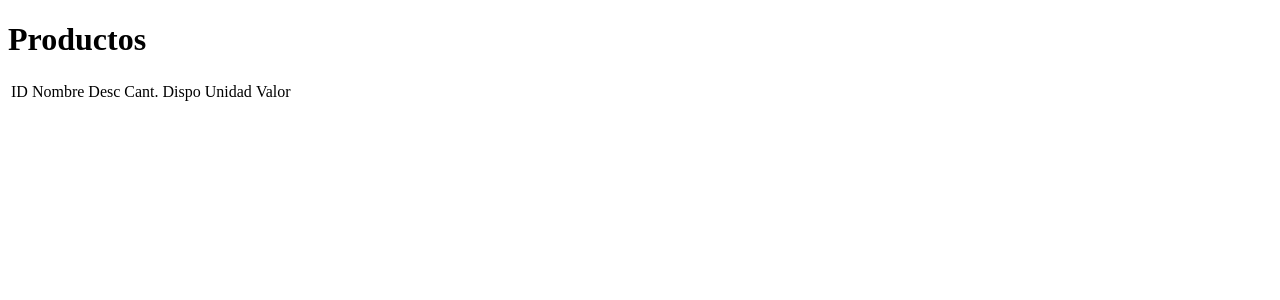
Repository: Feliphegomez/HS_Todo1
Page: http://localhost/HulkStore/_index.jsp
The author's editor kept a copy of each file at every save. The page is drawn from the files as they stood at one save, then again after the next save.
The browser window is 1280 px wide. The pictures show the whole page.
The page is served by Tomcat 9.

Above is the page before, as saved 2020-03-26 13:25:59.

After the next save:
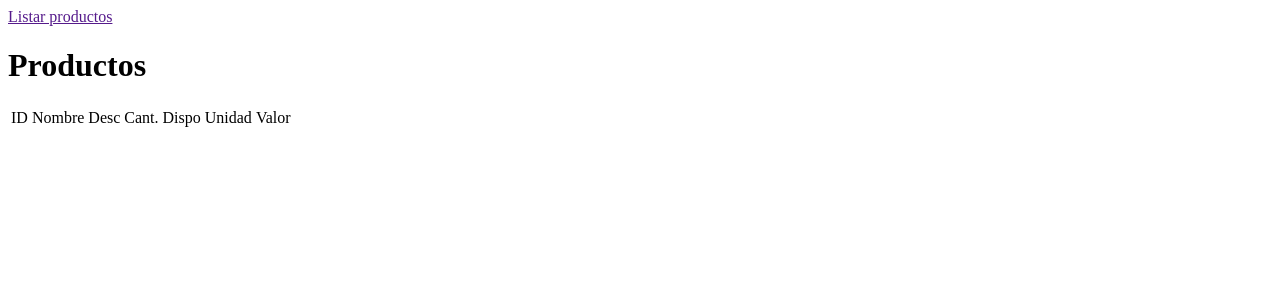
Saved 35 s later.
--- a/KardexWeb/HulkStore/WebContent/_index.jsp
+++ b/KardexWeb/HulkStore/WebContent/_index.jsp
@@ -8,6 +8,7 @@
 </head>
 <body>
 	<div>
+		<a href="">Listar productos</a>
 		 <h1>Productos</h1>
 		 <table>
 		 	<tr>
